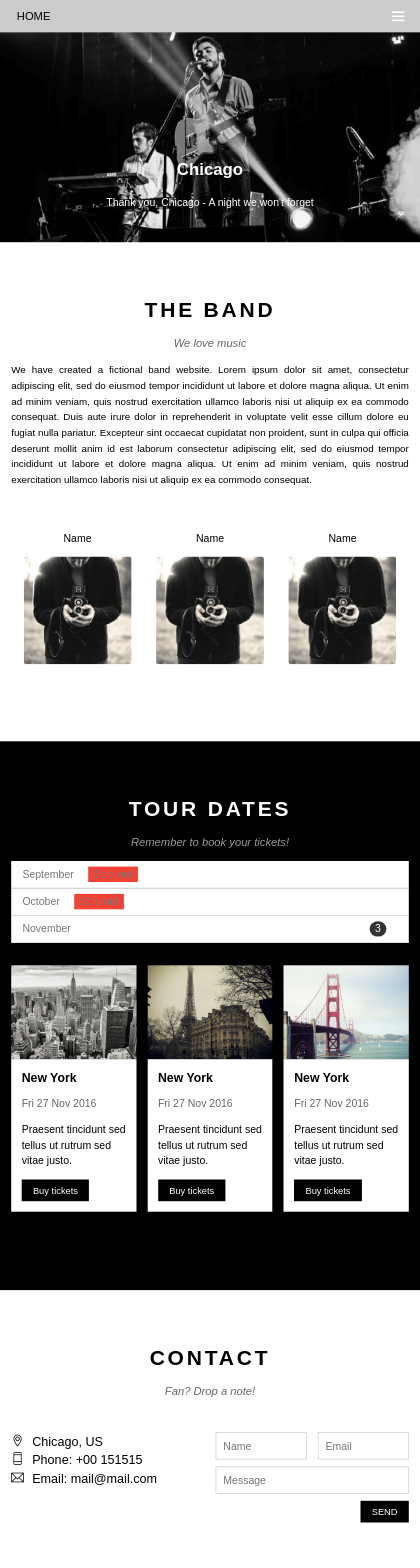
Repository: Bakyproit/the-Band
Page: index.html
An editor plug-in stored every save of this project. The page is shown before and after the next save, followed by the edit.
The browser window is 600 px wide. The pictures show the part of the page from y = 0 to 2240 px (the page is 2816 px tall), at 70% of full size.

Above is the page before, as saved 2022-01-03 22:28:25.

After the next save:
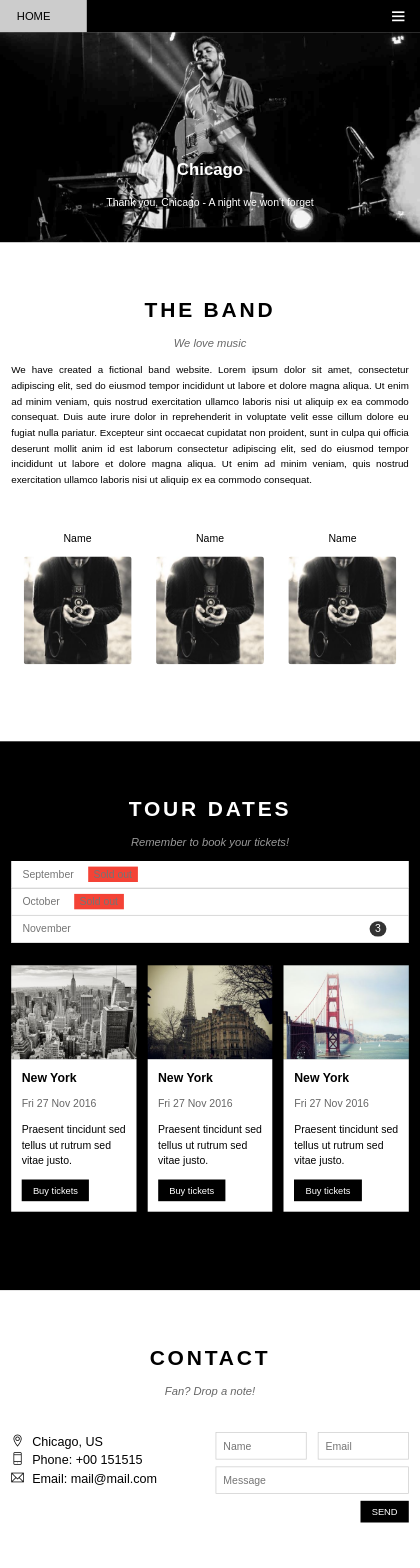
Saved 44 s later.
--- a/assets/css/reponsive.css
+++ b/assets/css/reponsive.css
@@ -2,9 +2,9 @@
 
 /* mobile */
 @media (max-width:739px) {
-    #nav {
+    /* #nav {
         display: block;
-    }
+    } */
     #nav > li{
         display: block;
     }

After the save that followed:
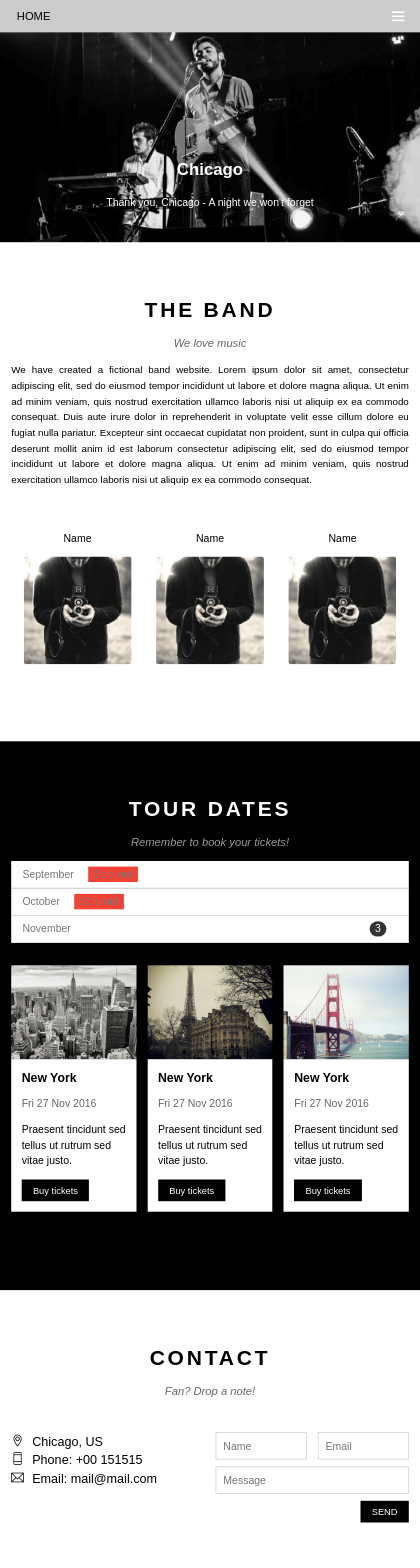
Saved 21 s later.
--- a/assets/css/reponsive.css
+++ b/assets/css/reponsive.css
@@ -2,9 +2,9 @@
 
 /* mobile */
 @media (max-width:739px) {
-    /* #nav {
+    #nav {
         display: block;
-    } */
+    }
     #nav > li{
         display: block;
     }
